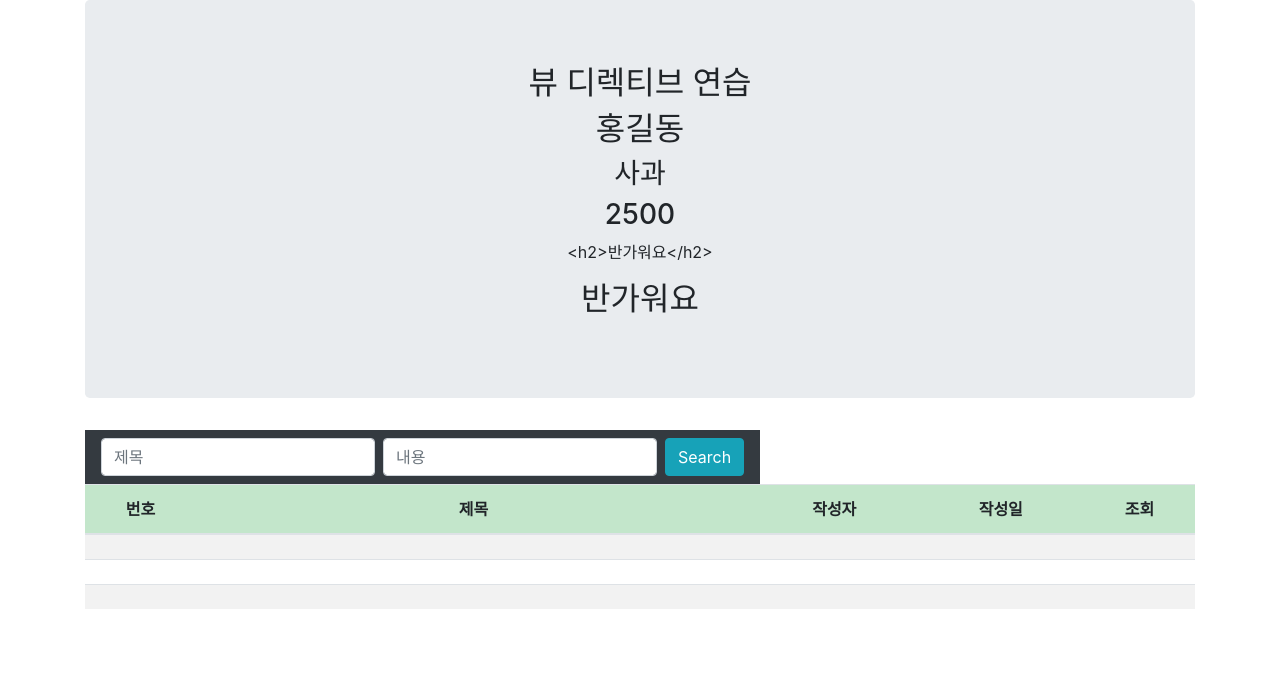
Repository: arongss/java
Page: springweb/src/main/webapp/a02_vue/a02_directive.html
The author's editor kept a copy of each file at every save. The page is drawn from the files as they stood at one save, then again after the next save.
The browser window is 1280 px wide. The pictures show the whole page.

Above is the page before, as saved 2023-02-01 07:40:49.

After the next save:
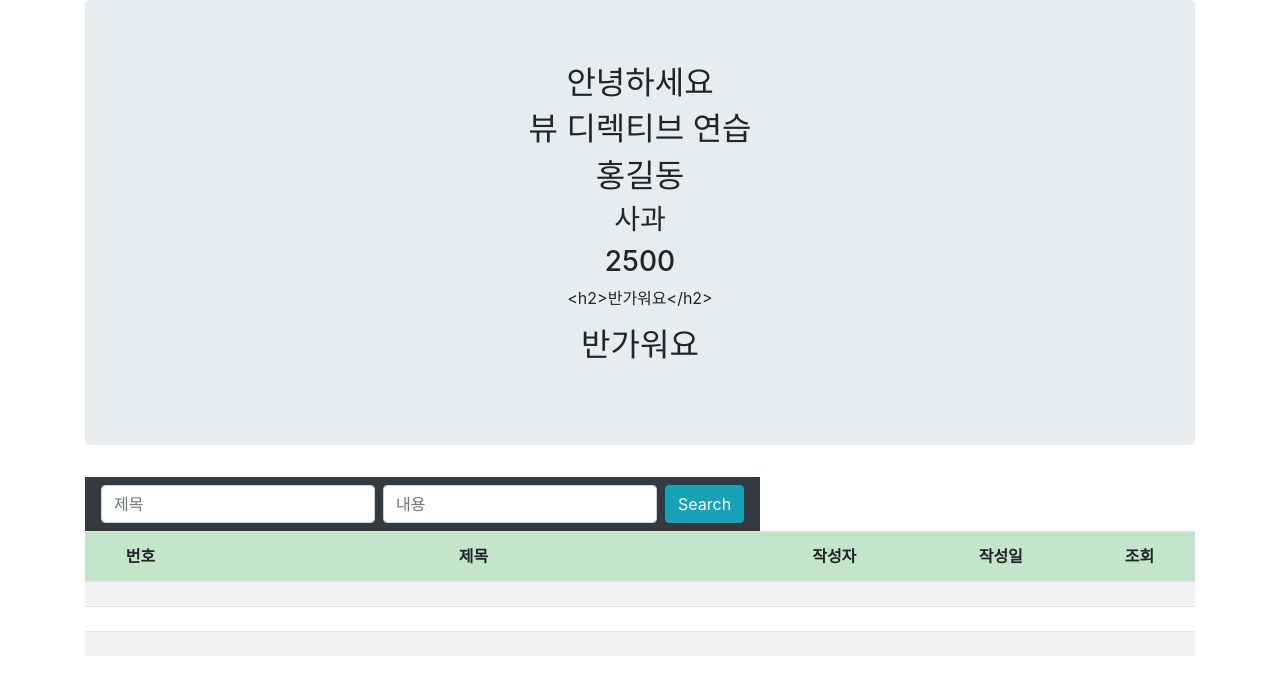
Saved 105 s later.
--- a/springweb/src/main/webapp/a02_vue/a02_directive.html
+++ b/springweb/src/main/webapp/a02_vue/a02_directive.html
@@ -24,6 +24,8 @@
 		출력할 때, 속성으로 선언한다.
 	4) v-bind : 모델데이터를 요소객체의 속성값으로 할당하여 처리할 때,
 		활용하는 변수형식
+			<요소객체 v-bind:속성
+
 		ex) <h2 v-bind:align="모델명">데이터</h2>
 
  */
@@ -32,7 +34,8 @@
 			el:".container",
 			data:{msg:"뷰 디렉티브 연습", name:"홍길동",
 				pname:"사과",price:2500,
-				msg2:"<h2>반가워요</h2>"}
+				msg2:"<h2>반가워요</h2>",
+				align01:"center"}
 		})
 	});
 </script>
@@ -42,6 +45,7 @@
 		h3, h3에 v-text속성으로 출력되게 하세요 -->
 <div class="container">
 	<div class="jumbotron text-center">
+		<h2 v-bind:align="align01">안녕하세요</h2>
 	  <h2 >{{msg}}</h2>
 	  <h2 v-text="name"></h2>
 	  <h3 v-text="pname"></h3>
